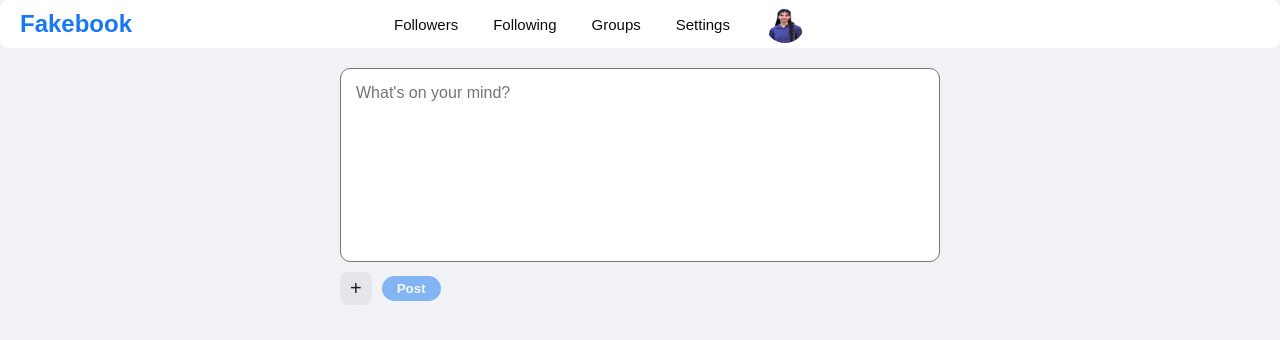
Repository: harpreetkaur2201/FAKEBOOK
Page: fakebook_profile/index.html
An editor plug-in stored every save of this project. The page is shown before and after the next save, followed by the edit.
The browser window is 1280 px wide. The pictures show the whole page.

Above is the page before, as saved 2025-11-14 21:54:51.
Console error (its wording comes from the project's code and is left out).

### fakebook_profile/index.html
<!doctype html>
<html lang="en">
<head>
  <meta charset="utf-8" />
  <meta name="viewport" content="width=device-width, initial-scale=1" />
  <title>Fakebook</title>

  <!--
  =========================
  STEP 1: ADD STYLESHEET
  =========================
  This step links the CSS file that will style everything:
  - Header
  - Post form
  - Posts container
  - Modal
  -->
  <link rel="stylesheet" href="./assets/styles/style.css">
</head>
<body>

  <!--
  =========================
  STEP 2: HEADER
  =========================
  Purpose:
  - Display the logo on the left.
  - Provide navigation links: Followers, Following, Groups, Settings.
  - Show profile avatar on the right.
  Notes:
  - Remains visible at the top.
  -->
  <header>
    <div class="logo">Fakebook</div>
    <nav>
      <a href="#followers">Followers</a>
      <a href="#following">Following</a>
      <a href="#groups">Groups</a>
      <a href="#settings">Settings</a>
      <a href="#profile">
        <img id="headerAvatar" src="./assets/Profile pic.jpg" alt="Profile" class="avatar">
      </a>
    </nav>
  </header>

  <!--
  =========================
  STEP 3: MAIN CONTENT
  =========================
  This section contains:
  1. Post creation form
     - Textarea for writing a post
     - + button to upload image or video
     - Post button (disabled until content exists)
  2. Posts container
     - Displays all created posts
     - Each post will have space between them
  -->
  <main>
    <section class="create-post">
      <form id="postForm">
        <!-- User types their thoughts here -->
        <textarea id="postText" placeholder="What's on your mind?" rows="9"></textarea>

        <!-- Controls for uploading media and submitting -->
        <div class="controls">
          <!-- + button for file input -->
          <label for="imageInput" class="file-label">+</label>
          <input id="imageInput" type="file" accept="image/*,video/*">

          <!-- Post button -->
          <button id="postBtn" type="submit" disabled>Post</button>
        </div>
      </form>
    </section>

    <!-- Container where posts will appear -->
    <section id="posts" class="posts-container"></section>
  </main>

  <!--
  =========================
  STEP 4: MODAL
  =========================
  Purpose:
  - Hidden by default
  - Can show profile info or user details
  - Activated via JS when needed
  -->
  <div id="modal" class="modal" aria-hidden="true">
    <div class="modal-content">
      <a href="#" id="closeModal">Close</a>
      <div>
        <div id="modalAvatar"></div>
        <h2 id="modalName">Your Name</h2>
        <p id="modalBio"></p>
      </div>
    </div>
  </div>

  <!--
  =========================
  STEP 5: SCRIPT
  =========================
  - Handles all functionality of the page:
    1. Post creation
    2. Enabling/disabling Post button
    3. Image/Video preview
    4. Modal open/close
  -->
  <script type="module" src="./assets/script/script.js"></script>
</body>
</html>

### fakebook_profile/assets/styles/style.css
* {
  padding: 0;
  margin: 0;
  box-sizing: border-box;
  font-family: Arial, sans-serif;
}

body {
  background: #f0f2f5;
  color: #1c1e21;

}

.container {
  max-width: 700px;
  margin: 20px auto;
  padding: 0 15px;
}

header {
  display: flex;
  justify-content: space-between;
  align-items: center;
  background: white;
  padding: 10px 20px;
  border-radius: 8px;
  color: #1877f2;
  position: relative;
}

header .logo {
  font-size: 1.5rem;
  font-weight: bold;
}

header nav {
  position: absolute;
  left: 30%;
  display: flex;
  gap: 15px;
  align-items: center;
}

header nav a {
  text-decoration: none;
  color: #0c0c0c;
  font-size: 15px;
  padding: 5px 10px;
  border-radius: 6px;
  transition: background 0.2s;
}

header nav a:hover {
  background: #e4e6eb;
}

header nav img.avatar {
  width: 40px;
  height: 40px;
  border-radius: 50%;

  cursor: pointer;
}

.create-post {
  max-width: 600px;
  margin: 20px auto;
}

.create-post form {
  display: flex;
  flex-direction: column;
  gap: 10px;

}

.create-post label {
  cursor: pointer;
  font-size: 20px;
  background: #e4e6eb;
  padding: 5px 10px;
  border-radius: 8px;
}

#create-post input[type="file"] {
  display: none; /* hide default choose file text */
}

#create-post textarea,
.create-post textarea {
  width: 100%;
  min-height: 120px;
  padding: 15px;
  border-radius: 10px;
  font-size: 16px;
  resize: none;
}

.controls {
  display: flex;
  align-items: center;
  gap: 10px;
}

.file-label {
  background: #e4e6eb;
  padding: 5px 8px;
  border-radius: 8px;
  cursor: pointer;
}

.controls input[type="file"] {
  display: none;
}

#postBtn {
  padding: 5px 15px;
  border-radius: 20px;
  background: #1877f2;
  color: white;
  font-weight: bold;
  cursor: pointer;
  border: none;
}

#postBtn:disabled {
  opacity: 0.5;
  cursor: not-allowed;
}

.posts {
  margin-top: 20px;
  display: flex;
  flex-direction: column;
  gap: 15px;
}

.post {
  background: white;
  padding: 10px;
  border-radius: 10px;
}

.post-header {
  display: flex;
  align-items: center;
  gap: 10px;
  margin-bottom: 8px;
}

.post-header .avatar {
  width: 35px;
  height: 35px;
  border-radius: 50%;
  background: #ccc;
  display: flex;
  align-items: center;
  justify-content: center;
  color: white;
  font-weight: bold;
}

.post-body img {
  max-width: 100%;
  margin-top: 8px;
  border-radius: 8px;
}

.modal {
  position: fixed;
  inset: 0;
  background: rgba(0, 0, 0, 0.5);
  display: flex;
  justify-content: center;
  align-items: center;
  opacity: 0;
  pointer-events: none;
  transition: opacity 0.3s ease;
  z-index: 1000;
}

.modal[aria-hidden="false"] {
  opacity: 1;
  pointer-events: auto;
}

.modal-content {
  background: white;
  padding: 20px;
  border-radius: 12px;
  max-width: 400px;
  width: 90%;
  position: relative;
  box-shadow: 0 4px 10px rgba(0, 0, 0, 0.2);
  text-align: center;
}

.modal-content #closeModal {
  position: absolute;
  top: 10px;
  right: 15px;
  font-size: 1.2rem;
  text-decoration: none;
  color: #333;
}

.account-view h2 {
  margin: 10px 0 5px 0;
  font-size: 1.2rem;
}

.account-view .bio-text {
  font-size: 14px;
  color: #2d2626;
  margin-bottom: 10px;
}

.modal-avatar img {
  width: 60px;
  height: 60px;
  border-radius: 50%;
  object-fit: cover;
}

.account-view div a {
  display: inline-block;
  flex: 1;
  margin: 5px 3px;
  padding: 6px;
  border-radius: 8px;
  background: #e4e6eb;
  font-weight: 500;
  text-decoration: none;
  color: #000;
  transition: background 0.2s;
}

.account-view div a:hover {
  background: #d8dadf;
}

### fakebook_profile/assets/script/script.js
/*
========================================
STEP 1: IMPORTS
Purpose:
- Import Subscriber class for user account info
*/
import { Subscriber } from './subscriber.js';

/*
========================================
STEP 2: DOM ELEMENTS
Purpose:
- Get references to all elements needed for posts and modal
*/
document.addEventListener('DOMContentLoaded', () => {
  const postForm = document.getElementById('postForm');
  const postText = document.getElementById('postText');
  const imageInput = document.getElementById('imageInput');
  const postBtn = document.getElementById('postBtn');
  const postsContainer = document.getElementById('posts');

  const headerAvatar = document.getElementById('headerAvatar');
  const modal = document.getElementById('modal');
  const closeModalBtn = document.getElementById('closeModal');
  const modalName = document.getElementById('modalName');
  const modalBio = document.getElementById('modalBio');
  const modalAvatar = document.getElementById('modalAvatar');

  /*
  STEP 3: ACCOUNT INFO
  Purpose:
  - Create a user account object with info and profile picture
  */
  const account = new Subscriber(
    101,
    "Harpreet Kaur",
    "harpreet123",
    "harpreet@example.com",
    ["Food Lovers", "Travel Diaries"],
    ["Winnipeg Students", "Punjabi Group"],
    true
  );

  const accountProfile = {
    bio: "Hi! I love food and travel.", // base bio
    profilePic: "./assets/Profile pic.jpg",
    personality: "Energetic & Curious", // 2-word personality
    motivation: "Keep exploring every day!" // 1-line motivation
  };

  /*
  STEP 4: POST CLASS
  Purpose:
  - Define structure for each post
  - Render posts with header, text, and optional image/video
  */
  class Post {
    constructor(userInfo, profile, text, image) {
      this.userInfo = userInfo;
      this.profile = profile;
      this.text = text;
      this.image = image;
      this.time = new Date();
    }

    render() {
      const postDiv = document.createElement('div');
      postDiv.className = 'post';

      // Header with avatar and name
      const headerDiv = document.createElement('div');
      headerDiv.className = 'post-header';

      const avatarDiv = document.createElement('div');
      avatarDiv.className = 'avatar';
      if (this.profile.profilePic) {
        avatarDiv.style.backgroundImage = `url(${this.profile.profilePic})`;
        avatarDiv.style.backgroundSize = 'cover';
        avatarDiv.style.backgroundPosition = 'center';
      } else {
        avatarDiv.textContent = this.userInfo.name.charAt(0);
      }

      const nameDiv = document.createElement('div');
      const nameEl = document.createElement('div');
      nameEl.textContent = this.userInfo.name;

      const timeEl = document.createElement('div');
      timeEl.className = 'post-meta';
      timeEl.textContent = this.time.toLocaleString();

      nameDiv.appendChild(nameEl);
      nameDiv.appendChild(timeEl);
      headerDiv.appendChild(avatarDiv);
      headerDiv.appendChild(nameDiv);

      // Body with text and image
      const bodyDiv = document.createElement('div');
      bodyDiv.className = 'post-body';
      if (this.text && this.text.trim() !== '') {
        const textP = document.createElement('p');
        textP.textContent = this.text;
        textP.style.textAlign = 'center';
        bodyDiv.appendChild(textP);
      }
      if (this.image) {
        const img = document.createElement('img');
        img.src = this.image;
        img.alt = 'Posted image';
        bodyDiv.appendChild(img);
      }

      postDiv.appendChild(headerDiv);
      postDiv.appendChild(bodyDiv);
      return postDiv;
    }
  }

  /*
  STEP 5: POST HANDLING
  Purpose:
  - Store posts
  - Enable/disable Post button based on content
  - Create posts with text and optional image
  - Render posts with spacing between them
  */
  const posts = [];

  function togglePostBtn() {
    postBtn.disabled = postText.value.trim() === '' && imageInput.files.length === 0;
  }

  postText.addEventListener('input', togglePostBtn);
  imageInput.addEventListener('change', togglePostBtn);

  postForm.addEventListener('submit', (e) => {
    e.preventDefault();
    if (imageInput.files[0]) {
      const reader = new FileReader();
      reader.onload = () => createPost(reader.result);
      reader.readAsDataURL(imageInput.files[0]);
    } else {
      createPost(null);
    }
  });

  function createPost(imageData) {
    const userInfo = account.getInfo();
    const newPost = new Post(userInfo, accountProfile, postText.value, imageData);
    posts.unshift(newPost); // latest post on top
    renderPosts();
    postForm.reset();
    togglePostBtn();
  }

  function renderPosts() {
    postsContainer.innerHTML = '';
    posts.forEach(p => {
      if (p.text || p.image) postsContainer.appendChild(p.render());
    });
  }

  /*
  STEP 6: MODAL FUNCTIONALITY
  Purpose:
  - Show profile info when avatar clicked
  - Bio now includes personality and motivation
  - Close modal when clicking close button or overlay
  */
  headerAvatar.addEventListener('click', (e) => {
    e.preventDefault();
    const info = account.getInfo();

    // Name
    modalName.textContent = info.name;

    // Bio + personality + motivation
    modalBio.textContent = `${accountProfile.bio} | ${accountProfile.personality} | "${accountProfile.motivation}"`;

    // Avatar
    modalAvatar.innerHTML = '';
    if (accountProfile.profilePic) {
      const img = document.createElement('img');
      img.src = accountProfile.profilePic;
      img.alt = info.name;
      modalAvatar.appendChild(img);
    }

    // Show modal
    modal.setAttribute('aria-hidden', 'false');
  });

  closeModalBtn.addEventListener('click', () => {
    modal.setAttribute('aria-hidden', 'true');
  });

  modal.addEventListener('click', (e) => {
    if (e.target === modal) modal.setAttribute('aria-hidden', 'true');
  });

  togglePostBtn(); // initialize post button state
});

### fakebook_profile/assets/script/subscriber.js
// assets/script/subscriber.js

import { User } from './user.js';

/*
========================================
STEP 1: SUBSCRIBER CLASS
Purpose:
- Extend User class
- Add pages, groups, and monetization capability
- Provide getters and helper methods
- getInfo() combines base User info with subscriber-specific data
*/
export class Subscriber extends User {
  #pages;
  #groups;
  #canMonetize;

  constructor(id, name, userName, email, pages = [], groups = [], canMonetize = false) {
    super(id, name, userName, email);
    this.#pages = Array.isArray(pages) ? pages : [];
    this.#groups = Array.isArray(groups) ? groups : [];
    this.#canMonetize = Boolean(canMonetize);
  }

  // explicit getters
  getPages() { return [...this.#pages]; }
  getGroups() { return [...this.#groups]; }
  getCanMonetize() { return this.#canMonetize; }

  // getInfo combines base User info and subscriber info
  getInfo() {
    const base = super.getInfo();
    return {
      ...base,
      pages: [...this.#pages],
      groups: [...this.#groups],
      canMonetize: this.#canMonetize
    };
  }
};

### fakebook_profile/assets/script/user.js
// assets/script/subscriber.js

import { User } from './user.js';

/*
========================================
STEP 1: SUBSCRIBER CLASS
Purpose:
- Extend User class
- Add followers, following, and premium status
- Provide method to get combined info
*/
export class Subscriber extends User {
  #followers;
  #following;
  #isPremium;

  constructor(id, name, userName, email, followers = [], following = [], isPremium = false) {
    super(id, name, userName, email);
    this.#followers = followers;
    this.#following = following;
    this.#isPremium = isPremium;
  }

  // explicit getters
  getFollowers() { return this.#followers; }
  getFollowing() { return this.#following; }
  getIsPremium() { return this.#isPremium; }

  // getInfo includes base User info + Subscriber info
  getInfo() {
    return {
      ...super.getInfo(),
      followers: this.#followers,
      following: this.#following,
      isPremium: this.#isPremium
    };
  }
}

After the next save:
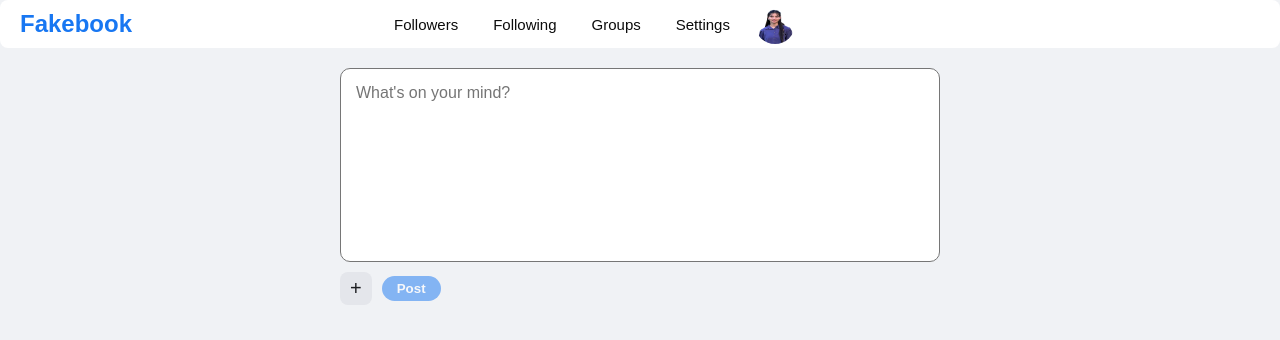
Saved 4 min 29 s later.
--- a/fakebook_profile/index.html
+++ b/fakebook_profile/index.html
@@ -37,7 +37,6 @@
       <a href="#following">Following</a>
       <a href="#groups">Groups</a>
       <a href="#settings">Settings</a>
-      <a href="#profile">
         <img id="headerAvatar" src="./assets/Profile pic.jpg" alt="Profile" class="avatar">
       </a>
     </nav>

After the 3 saves that followed:
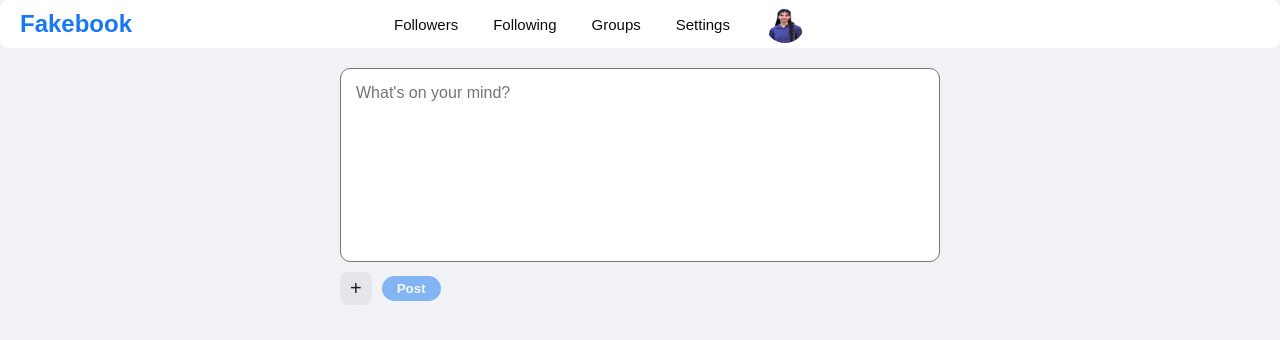
The 3 saves are shown as one change because 2 left the picture as it was.
The last was saved 4 min 6 s later.
--- a/fakebook_profile/index.html
+++ b/fakebook_profile/index.html
@@ -37,6 +37,7 @@
       <a href="#following">Following</a>
       <a href="#groups">Groups</a>
       <a href="#settings">Settings</a>
+      <a href="#" id="profileLink">
         <img id="headerAvatar" src="./assets/Profile pic.jpg" alt="Profile" class="avatar">
       </a>
     </nav>
--- a/fakebook_profile/assets/script/script.js
+++ b/fakebook_profile/assets/script/script.js
@@ -42,10 +42,10 @@ document.addEventListener('DOMContentLoaded', () => {
   );
 
   const accountProfile = {
-    bio: "Hi! I love food and travel.", // base bio
+    bio: "Hi! I love food and travel.",
     profilePic: "./assets/Profile pic.jpg",
-    personality: "Energetic & Curious", // 2-word personality
-    motivation: "Keep exploring every day!" // 1-line motivation
+    personality: "Energetic & Curious",
+    motivation: "Keep exploring every day!"
   };
 
   /*
@@ -67,7 +67,6 @@ document.addEventListener('DOMContentLoaded', () => {
       const postDiv = document.createElement('div');
       postDiv.className = 'post';
 
-      // Header with avatar and name
       const headerDiv = document.createElement('div');
       headerDiv.className = 'post-header';
 
@@ -94,7 +93,6 @@ document.addEventListener('DOMContentLoaded', () => {
       headerDiv.appendChild(avatarDiv);
       headerDiv.appendChild(nameDiv);
 
-      // Body with text and image
       const bodyDiv = document.createElement('div');
       bodyDiv.className = 'post-body';
       if (this.text && this.text.trim() !== '') {
@@ -147,7 +145,7 @@ document.addEventListener('DOMContentLoaded', () => {
   function createPost(imageData) {
     const userInfo = account.getInfo();
     const newPost = new Post(userInfo, accountProfile, postText.value, imageData);
-    posts.unshift(newPost); // latest post on top
+    posts.unshift(newPost);
     renderPosts();
     postForm.reset();
     togglePostBtn();
@@ -167,8 +165,7 @@ document.addEventListener('DOMContentLoaded', () => {
   - Bio now includes personality and motivation
   - Close modal when clicking close button or overlay
   */
-  headerAvatar.addEventListener('click', (e) => {
-    e.preventDefault();
+  headerAvatar.addEventListener('click', () => {
     const info = account.getInfo();
 
     // Name
